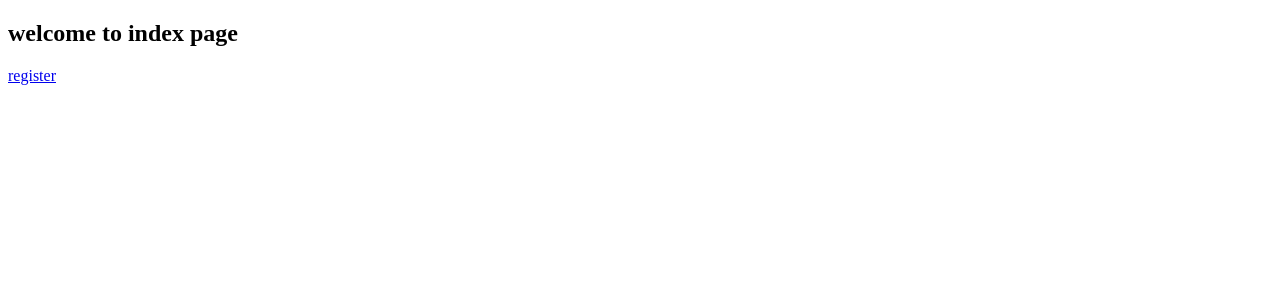
Repository: zeeshan495/Banking_project
Page: http://localhost/Banking/
An editor plug-in stored every save of this project. The page is shown before and after the next save, followed by the edit.
The browser window is 1280 px wide. The pictures show the whole page.
The page is served by Tomcat 9.

Above is the page before, as saved 2018-11-08 11:01:56.

After the next save:
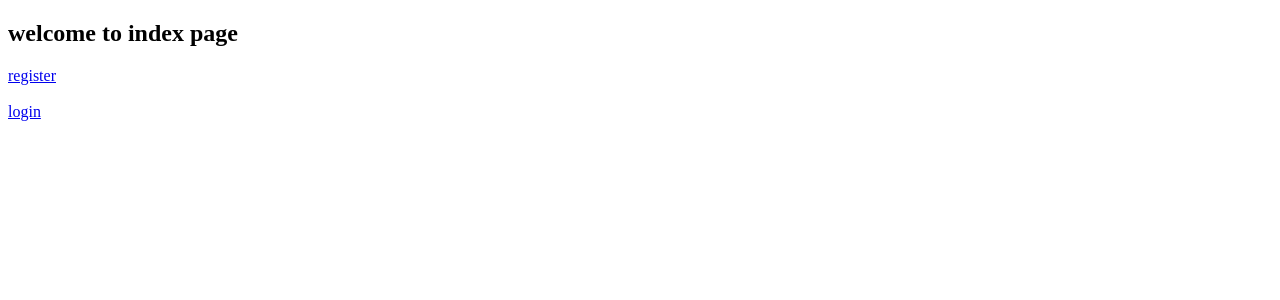
Saved 53 s later.
--- a/Banking/WebContent/index.jsp
+++ b/Banking/WebContent/index.jsp
@@ -7,5 +7,7 @@
 <body>
 <h2>welcome to index page</h2>
 <a href="registerForm.jsp">register</a>
+<br><br>
+<a href="loginForm.jsp">login</a>
 </body>
 </html>
